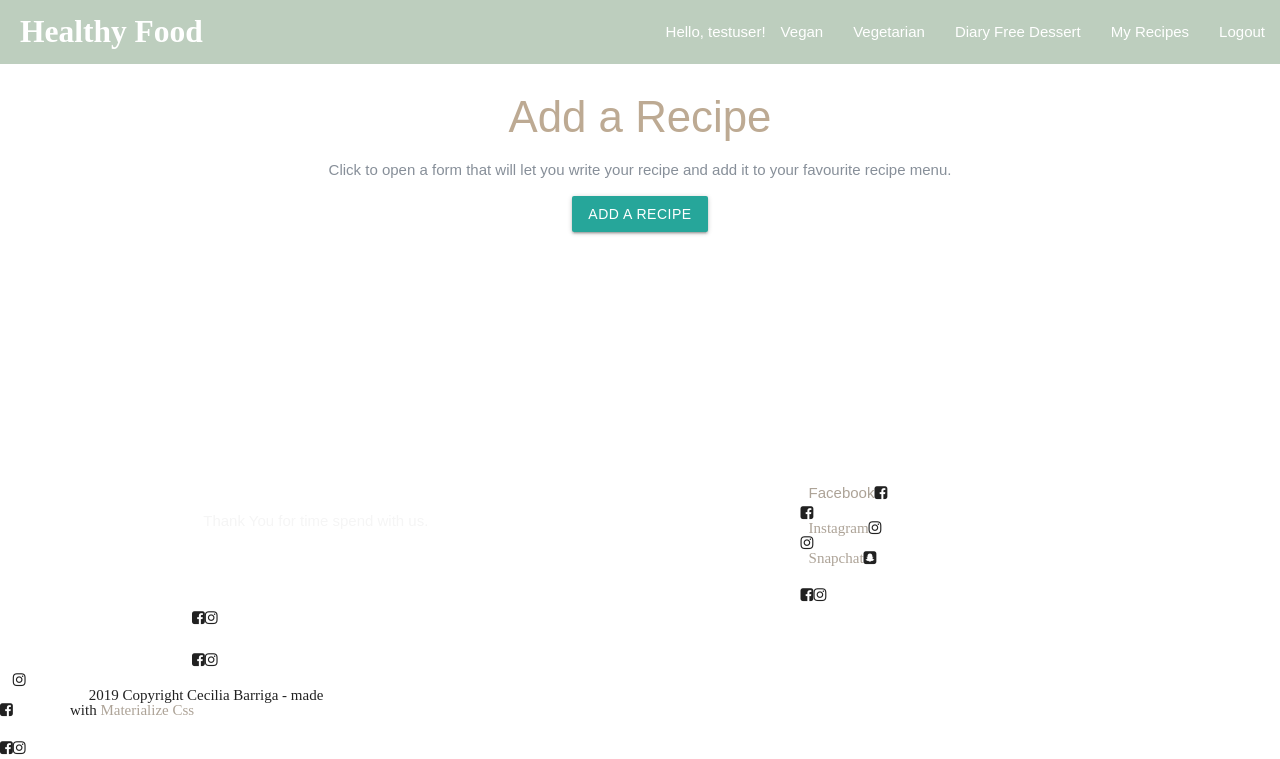
Repository: cesole/cookbook
Page: http://localhost/get_my_recipes
The author's editor kept a record of every edit. The page is drawn from the files as they stood at one moment, then again after the next edit.
The browser window is 1280 px wide. The pictures show the whole page.
Some web fonts or font styles are not loaded; a fallback is used. The page is served by the project's application, run on Flask 3 (app.py). The session is filled in as if someone had signed in: {"username": "testuser"}. Queries for data that is not in the repository find no rows.

Above is the page before.

### templates/user_recipes.html
{% extends 'base.html'%} {% block content %}
<div class="container-fluid add-recipe">
    <div class="row">
        <div class="col s12 white center add-recipe-box">
            <div class="icon-block">
                <h3 class="center brown-text art-deco-font">Add a Recipe</h3>
                <p class="light center">Click to open a form that will let you write your recipe and add it to your favourite recipe menu.</p>
            </div>
            <a href="/add_recipe" class="btn waves-effect waves-light">Add a Recipe</a>
        </div>
    </div>

    <div class="container back">
        <div class="row meals">
            {% for meal in meals %} {% if meal.author == user %}

            <div class="col s12 m4">
                <div class="card">
                    <div class="card-image">
                        <img src="{{ meal.image }}">
                        <span class="card-title"><strong>{{ meal.dish_name }}</strong></span>
                        <a href="{{url_for('recipe', meal_id=meal._id)}}" class="btn-floating halfway-fab waves-effect waves-light red"><i class="material-icons">info_outline</i></a>
                    </div>

                </div>
            </div>

            {% endif %}{% endfor %}
        </div>
    </div>
</div>
{% endblock %}

### templates/base.html
<!DOCTYPE html>
<html lang="en">
<head>
    <meta charset="UTF-8">
    <meta name="viewport" content="width=device-width, initial-scale=1.0">

    <link href="https://fonts.googleapis.com/icon?family=Material+Icons" rel="stylesheet">
    <!-- Compiled and minified CSS -->
    <link rel="stylesheet" href="{{ url_for('static', filename='css/materialize.min.css') }}" type="text/css" />
    <link href="https://stackpath.bootstrapcdn.com/font-awesome/4.7.0/css/font-awesome.min.css" rel="stylesheet" integrity="sha384-wvfXpqpZZVQGK6TAh5PVlGOfQNHSoD2xbE+QkPxCAFlNEevoEH3Sl0sibVcOQVnN" crossorigin="anonymous">
    <link href="https://fonts.googleapis.com/css?family=Beth+Ellen&display=swap" rel="stylesheet">
    <link rel="stylesheet" href="{{ url_for('static', filename='css/style.css') }}" type="text/css" />


    <title>Cookbook</title>
</head>

<body class="container-fluid">
    <nav>
        <div class="nav-wrapper">
            <a href="{{url_for('index')}}" class="brand-logo">Healthy Food</a>
            <a href="#" data-target="mobile-demo" class="sidenav-trigger"><i class="material-icons">menu</i></a>
            <ul class="right hide-on-med-and-down">
                {% if session.username %}
                <li>Hello, {{ session.username }}!</li>
                {% endif %}
                <li><a href="{{url_for('vegan')}}">Vegan</a></li>
                <li><a href="{{url_for('vegetarian')}}">Vegetarian</a></li>
                <li><a href="{{url_for('dessert')}}">Diary Free Dessert</a></li>
                {% if not session.username %}
                <li><a href="{{url_for('login')}}">Login</a></li>
                <li><a href="{{url_for('register')}}">Register</a></li>
                {% else %}
                <li><a href="{{url_for('get_my_recipes')}}">My Recipes</a></li>
                <li><a href="{{url_for('logout')}}">Logout</a></li>
                {% endif %}
            </ul>
        </div>
        <ul class="sidenav" id="mobile-demo">
            {% if session.username %}
            <li>Hello, {{ session.username }}!</li>
            {% endif %}
            <li><a href="{{url_for('vegan')}}">Vegan</a></li>
            <li><a href="{{url_for('vegetarian')}}">Vegetarian</a></li>
            <li><a href="{{url_for('dessert')}}">Diary Free Dessert</a></li>
            {% if not session.username %}
            <li><a href="{{url_for('login')}}">Login</a></li>
            <li><a href="{{url_for('register')}}">Register</a></li>
            {% else %}
            <li><a href="{{url_for('get_my_recipes')}}">My Recipes</a></li>
            <li><a href="{{url_for('logout')}}">Logout</a></li>
            {% endif %}
        </ul>
    </nav>

    <div class="container-fluid">
        <main>{% block content %}{% endblock %}</main>
    </div>

    <footer class="footer">
        <div class="container">
            <div class="row">
                <div class="col l6 s12">
                    <h5 class="white-text">Cooking like Grandma at your own place</h5>
                    <p class="grey-text text-lighten-4">Thank You for time spend with us.</p>
                </div>
                <div class="col l4 offset-l2 s12">
                    <h5 class="white-text">Visit us on :</h5>
                    <ul>
                      <li><a class="social-media" href="https://www.facebook.com/" target=_blank>Facebook</a><i class="fa fa-facebook-square"></li>
                      <li><a class="social-media" href="https://www.instagram.com/" target=_blank>Instagram</a><i class="fa fa-instagram"></li>
                      <li><a class="social-media" href="https://www.snapchat.com/" target=_blank>Snapchat</a><i class="fa fa-snapchat-square"></i></li>
                    </ul>
                </div>
            </div>
        </div>
        <div class="copyright">
            <div class="container">
                <div class="row">
            © 2019 Copyright Cecilia Barriga - made with <a class="orange-text text-lighten-3" href="https://materializecss.com/" target=_blank>Materialize Css</a>
            </div>
            </div>
        </div>
    </footer>


    <script src="https://code.jquery.com/jquery-3.3.1.slim.min.js" integrity="sha384-q8i/X+965DzO0rT7abK41JStQIAqVgRVzpbzo5smXKp4YfRvH+8abtTE1Pi6jizo" crossorigin="anonymous"></script>
    <!-- Compiled and minified JavaScript -->
    <script src="https://cdnjs.cloudflare.com/ajax/libs/materialize/1.0.0/js/materialize.min.js"></script>

    <script>
        $(document).ready(function(){
            $('.sidenav').sidenav();
            $('.parallax').parallax();
            $('.carousel').carousel();
            $('.slider').slider();
            $('select').formSelect();
          });
    </script>

</body>
</html>

### app.py
import os
from flask import Flask, render_template, flash, redirect, request, url_for, session, make_response, current_app
from flask_pymongo import PyMongo
import pymongo
from pymongo import MongoClient
from bson.objectid import ObjectId
import json
from datetime import datetime
from functools import update_wrapper


app = Flask(__name__)
app.config["MONGO_DBNAME"] = 'cook_book'
app.config["MONGO_URI"] = os.getenv('MONGO_URI', 'mongodb://localhost')
app.config['SECRET_KEY'] = "cooking_book"


mongo = PyMongo(app)




@app.route('/')
@app.route('/index')
def index():
    return render_template('index.html')

@app.route('/vegan')
def vegan():
    return render_template('vegan.html',
                            meals=mongo.db.meals.find())

@app.route('/vegetarian')
def vegetarian():
    return render_template('vegetarian.html',
                            meals=mongo.db.meals.find())

@app.route('/dessert')
def dessert():
    return render_template('dessert.html',
                            meals=mongo.db.meals.find())

@app.route('/login', methods=["POST", "GET"])
def login():
    users = mongo.db.users
    login_user = users.find_one({"username" : request.form.get("username", False)})
    if login_user:
        if (request.form['pass']) == login_user['password']:
            session['username'] = request.form['username']
            return redirect(url_for('index'))
        flash('Invalid username/password combination')

    return render_template('login.html')




@app.route('/register', methods=["POST", "GET"])
def register():
    if request.method == "POST":
        users = mongo.db.users
        existing_user = users.find_one({"username" : request.form['username']})
        if existing_user is None:
            users.insert({'username' : request.form['username'],
                            'password' : request.form['pass']
            })
            session['username'] = request.form['username']
            return redirect(url_for('index'))
        flash("Username already exist! Try again!")
    return render_template('register.html')


@app.route('/get_my_recipes', methods=['GET', 'POST'])
def get_my_recipes():
    if not 'username' in session:
        return redirect('/login')
    else:
        meals = mongo.db.meals.find()
        return render_template('user_recipes.html',
                           user=session['username'],
                        meals=meals)

@app.route('/add_recipe')
def add_recipe():
    return render_template('add_recipe.html',
                            categories=mongo.db.categories.find(),
                            meals=mongo.db.meals.find())


@app.route('/insert_recipe', methods=['POST'])
def insert_recipe():
    meals =  mongo.db.meals
    meals.insert_one(request.form.to_dict())
    return render_template('user_recipes.html',
    categories=mongo.db.categories.find(),
                            meals=mongo.db.meals.find())


@app.route('/delete_recipe/<meal_id>')
def delete_recipe(meal_id):
    mongo.db.meals.remove({'_id': ObjectId(meal_id)})
    return redirect(url_for('get_my_recipes'))


@app.route('/edit_recipe/<meal_id>')
def edit_recipe(meal_id):
    the_meal =  mongo.db.meals.find_one({"_id": ObjectId(meal_id)})
    all_categories =  mongo.db.categories.find()
    return render_template('edit_recipe.html', meal=the_meal,
                           categories=all_categories)


@app.route('/update_recipe/<meal_id>', methods=["POST"])
def update_recipe(meal_id):
    meals = mongo.db.meals
    meals.update( {'_id': ObjectId(meal_id)},
    {
        'dish_name':request.form.get('dish_name'),
        'category_name':request.form.get('category_name'),
        'dish_description': request.form.get('dish_description'),
        'ingredient_one': request.form.get('ingredient_one'),
        'ingredient_two': request.form.get('ingredient_two'),
        'ingredient_three': request.form.get('ingredient_three'),
        'ingredient_four': request.form.get('ingredient_four'),
        'ingredient_five': request.form.get('ingredient_five'),
        'ingredient_six': request.form.get('ingredient_six'),
        'step_one': request.form.get('step_one'),
        'step_two': request.form.get('step_two'),
        'step_three': request.form.get('step_three'),
        'step_four': request.form.get('step_four'),
        'step_five': request.form.get('step_five'),
        'step_six': request.form.get('step_six'),
        'image': request.form.get('image'),
        'cook_time': request.form.get('cook_time'),
        'prep_time': request.form.get('prep_time'),
        'author': request.form.get('author')
    })
    return redirect(url_for('get_my_recipes'))



@app.route('/logout')
def logout():
    session.clear()
    return redirect(url_for('index'))

@app.route('/recipe/<meal_id>', methods=['GET', 'POST'])
def recipe(meal_id):
    the_meal =  mongo.db.meals.find_one({"_id": ObjectId(meal_id)})
    return render_template('recipe.html', meal=the_meal)


if __name__ == '__main__':
    app.run(host=os.environ.get('IP'),
            port=int(os.environ.get('PORT')),
            debug=True)

### static/css/style.css
#index {
    color: #878f99;
    text-align: center;
}

nav .nav-wrapper {
    position: relative;
    height: 100%;
    background-color: #bdcebe !important;
    color: white;
}

.index-container {
    margin-left: 30px;
    color: #878f99;
}

.brand-logo {
    font-family: 'Londrina Outline', cursive;
    font-weight: bold;
    margin-left: 20px;
}

html {
    font-family: 'Livvic', sans-serif;
}

.description {
    font-size: 1.5rem;
}

main {
    min-height: 50vh;
}

form {
    margin-top: 50px;
}

.meals {
    padding-top: 50px;
}

span.card-title {
    background-color: #d68d057a;
    width: 100%;
    padding: 10px !important;
}

.card-content {
    height: 100px;
}

/* Caption styles */

.caption {
    background-color: rgba(0, 0, 0, 0.1);
}

/* parallax styles */
.grey-text.text-darken-3 {
    color: white !important;
    text-align: center;
}

.white {
    color: #878f99;
    text-align: center;
}

.header {
    color: #878f99;
    text-align: center;
}


.brown-text {
    color: #bdaa93 !important;
}


/* end of style */



/* end of styles */

.input-field label {
    color: black;
}

.input-field input[type=text],
.input-field input[type=password],
.input-field input[type=email]{
    border-bottom: 1px solid black;
    box-shadow: 0 1px 0 0 black;
}

.switch label {
    color: black;
}

textarea.materialize-textarea {
    border-bottom: 1px solid black;
    box-shadow: 0 1px 0 0 black;
}

label.active {
    color: #000000 !important;
    font-size: 18px !important;
}


.page-footer {
    padding-top: 20px;
    color: #fff;
    background-color: #bdcebe !important;
}

img.responsive-img {
    max-width: 70%;
    height: auto;
}


.title-image {
    background-image: url('static/images/background.jpg');
}

.flashes {
    text-align: center;
    font-size: 2rem;
}


.orange-text.text-lighten-3 {
    color: #ada397 !important;
}

.social-media {
    color: #ada397;
    margin-left: 8px;
}


/* MEDIA STYLE */

@media (max-width: 768px) {
    nav .brand-logo {
        font-size: 1rem;
    }
}

Loaded but not shown: static/css/materialize.min.css (library)

After the next edit:
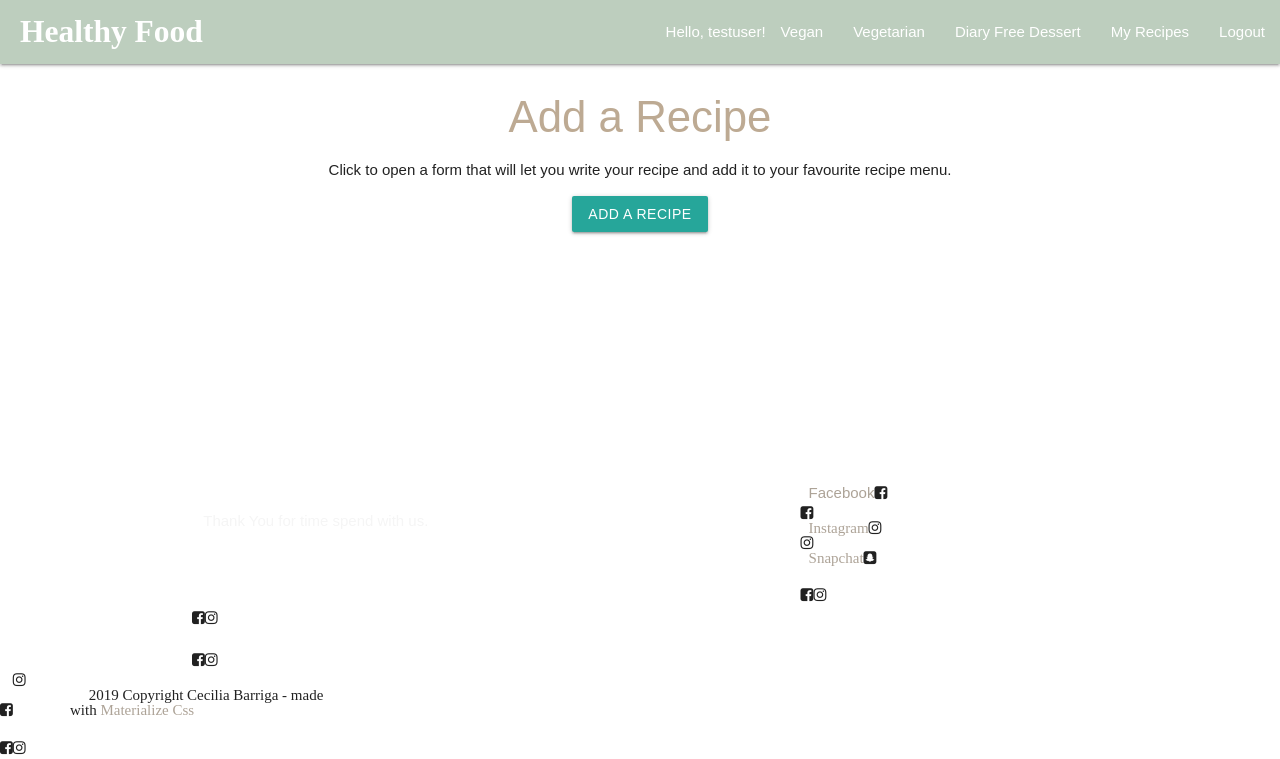
The edit:
--- a/templates/user_recipes.html
+++ b/templates/user_recipes.html
@@ -1,7 +1,7 @@
 {% extends 'base.html'%} {% block content %}
 <div class="container-fluid add-recipe">
     <div class="row">
-        <div class="col s12 white center add-recipe-box">
+        <div class="col s12 center add-recipe-box">
             <div class="icon-block">
                 <h3 class="center brown-text art-deco-font">Add a Recipe</h3>
                 <p class="light center">Click to open a form that will let you write your recipe and add it to your favourite recipe menu.</p>
